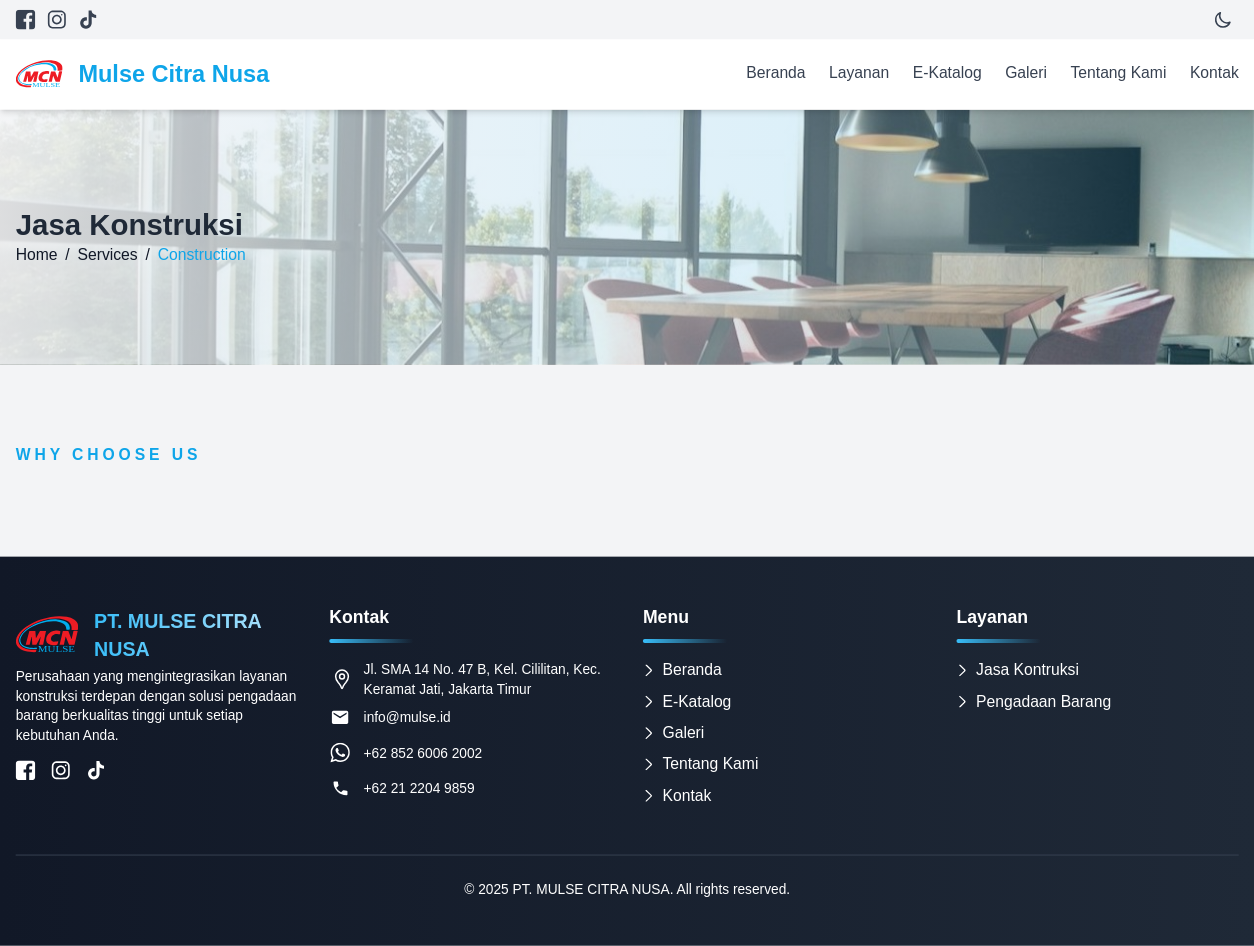
Repository: PrasBaldin/next-mulse
Page: /services/construction
The author's editor kept a copy of each file at every save. The page is drawn from the files as they stood at one save, then again after the next save.
The browser window is 1280 px wide. The pictures show the whole page, at 98% of full size.
The project was rebuilt for these pictures with package versions that can differ from the ones it lists, and the page was loaded fresh each time. The framework's server and built-in components were replaced by stand-ins that run in the browser. Also part of the build but not shown: next.config.ts.

Above is the page before, as saved 2025-02-26 13:16:46.

### app/layout.tsx
import type { Metadata } from "next";
import { Geist, Geist_Mono } from "next/font/google";
import "./globals.css";
import Navbar from "@/components/navbar";
import Footer from "@/components/footer";

const geistSans = Geist({
  variable: "--font-geist-sans",
  subsets: ["latin"],
});

const geistMono = Geist_Mono({
  variable: "--font-geist-mono",
  subsets: ["latin"],
});

export const metadata: Metadata = {
  title: "Mulse",
  description: "Selamat datang di PT. Mulse Citra Nusa, kami menyediakan barang dan jasa sesuai kebutuhan Anda.",
};

export default function RootLayout({
  children,
}: Readonly<{
  children: React.ReactNode;
}>) {
  return (
    <html lang="en">
      <body className={`${geistSans.variable} ${geistMono.variable} antialiased`} >
        <Navbar />
        {children}
        <Footer />
      </body>
    </html>
  );
}

### app/services/construction/page.tsx
import Link from "next/link";

const ConstructionPage = () => {
  return (
    <>
      <section className="mt-[72px] lg:mt-[112px]">
        <div className="banner">
          <div className="banner-mask"></div>
          <div className="container z-[1] relative">
            <div className="banner-content">
              <h4 className="text-3xl font-bold text-gray-800 dark:text-gray-100 transition duration-500 ease-in-out">
                Jasa Konstruksi
              </h4>
              <ul className="breadcrumbs">
                <li>
                  <Link
                    href="/"
                    className="text-gray-900 dark:text-gray-100 transition duration-500 ease-in-out"
                  >
                    Home
                  </Link>
                </li>
                <li className="text-gray-900 dark:text-gray-100 transition duration-500 ease-in-out">
                  /
                </li>
                <li>
                  <Link
                    href="/"
                    className="text-gray-900 dark:text-gray-100 transition duration-500 ease-in-out"
                  >
                    Services
                  </Link>
                </li>
                <li className="text-gray-900 dark:text-gray-100 transition duration-500 ease-in-out">
                  /
                </li>
                <li>
                  <Link href="/gallery" className="text-sky-500">
                    Construction
                  </Link>
                </li>
              </ul>
            </div>
          </div>
        </div>
      </section>
      <section className="py-20">
        <div className="container">
          <h4 className="mb-3 text-sky-500 font-semibold tracking-[.25em] uppercase">
            Why Choose Us
          </h4>
        </div>
      </section>
    </>
  );
};

export default ConstructionPage;

### app/globals.css
@tailwind base;
@tailwind components;
@tailwind utilities;

:root {
  --background: #ffffff;
  --foreground: #171717;
}

@media (prefers-color-scheme: dark) {
  :root {
    --background: #0a0a0a;
    --foreground: #ededed;
  }
}

body {
  font-family: Arial, Helvetica, sans-serif;
  @apply bg-gray-100 dark:bg-gray-700;
}

.container {
  @apply mx-auto px-4;
}

.btn {
  @apply px-4 py-3 rounded-lg transition duration-500 ease-in-out;
}

.btn-primary {
  @apply bg-sky-600 hover:bg-sky-700 dark:hover:bg-sky-700 text-gray-100 hover:text-gray-300;
}

.btn-secondary {
  @apply bg-gray-100 hover:bg-gray-300 dark:hover:bg-gray-300 text-gray-800;
}

.btn-primary-border {
  @apply bg-transparent hover:bg-sky-500 dark:hover:bg-sky-500 border-2 border-sky-500 text-sky-500 dark:text-sky-500 hover:text-white dark:hover:text-white;
}

.banner {
  background-image: url("/img/banner-2.jpg");
  background-size: cover;
  @apply py-[100px] relative;
}

.banner-mask {
  @apply absolute inset-0 bg-gradient-to-r from-gray-100/90 to-sky-500/20 dark:from-gray-800/90 dark:to-sky-500/20 transition duration-500 ease-in-out z-[0];
}

.breadcrumbs {
  @apply flex gap-2 font-medium;
}

### components/navbar.tsx
"use client";
import { useState } from "react";
import Link from "next/link";
import Image from "next/image";

import MulseSvg from "@/public/img/mulse.svg";
import "./navbar.css";

// import ToggleLanguage from "./toggleLanguage";
import ToggleDarkMode from "./toggleDarkMode";

const Navbar = () => {
  const [isOpen, setIsOpen] = useState(false);
  const [isDropdownOpen, setIsDropdownOpen] = useState(false);

  return (
    <>
      <div className="utility-bar">
        <div className="container">
          <div className="flex justify-between items-center">
            <div className="w-full flex">
              <a
                href="https://www.facebook.com/profile.php?id=61550927165561&ref=ig_profile_ac"
                target="_blank"
                rel="noopener noreferrer"
                aria-label="Facebook"
                className="social-media-link hover:text-sky-400 transition-colors duration-300"
              >
                <svg
                  className="w-5 h-5 rounded"
                  fill="currentColor"
                  viewBox="0 0 24 24"
                  stroke="none"
                >
                  <path d="M22.675 0h-21.35C.593 0 0 .593 0 1.325v21.351C0 23.407.593 24 1.325 24h11.494v-9.294H9.692v-3.622h3.127V8.413c0-3.1 1.894-4.788 4.659-4.788 1.325 0 2.463.099 2.794.143v3.24l-1.918.001c-1.504 0-1.794.715-1.794 1.763v2.314h3.587l-.467 3.622h-3.12V24h6.116C23.407 24 24 23.407 24 22.675V1.325C24 .593 23.407 0 22.675 0z" />
                </svg>
              </a>
              <a
                href="https://www.instagram.com/mulse.id/"
                target="_blank"
                rel="noopener noreferrer"
                aria-label="Instagram"
                className="social-media-link hover:text-sky-400 transition-colors duration-300"
              >
                <svg
                  className="w-5 h-5"
                  viewBox="0 0 24 24"
                  fill="none"
                  xmlns="http://www.w3.org/2000/svg"
                >
                  <path
                    fillRule="evenodd"
                    clipRule="evenodd"
                    d="M12 18C15.3137 18 18 15.3137 18 12C18 8.68629 15.3137 6 12 6C8.68629 6 6 8.68629 6 12C6 15.3137 8.68629 18 12 18ZM12 16C14.2091 16 16 14.2091 16 12C16 9.79086 14.2091 8 12 8C9.79086 8 8 9.79086 8 12C8 14.2091 9.79086 16 12 16Z"
                    fill="currentColor"
                  />
                  <path
                    d="M18 5C17.4477 5 17 5.44772 17 6C17 6.55228 17.4477 7 18 7C18.5523 7 19 6.55228 19 6C19 5.44772 18.5523 5 18 5Z"
                    fill="currentColor"
                  />
                  <path
                    fillRule="evenodd"
                    clipRule="evenodd"
                    d="M1.65396 4.27606C1 5.55953 1 7.23969 1 10.6V13.4C1 16.7603 1 18.4405 1.65396 19.7239C2.2292 20.8529 3.14708 21.7708 4.27606 22.346C5.55953 23 7.23969 23 10.6 23H13.4C16.7603 23 18.4405 23 19.7239 22.346C20.8529 21.7708 21.7708 20.8529 22.346 19.7239C23 18.4405 23 16.7603 23 13.4V10.6C23 7.23969 23 5.55953 22.346 4.27606C21.7708 3.14708 20.8529 2.2292 19.7239 1.65396C18.4405 1 16.7603 1 13.4 1H10.6C7.23969 1 5.55953 1 4.27606 1.65396C3.14708 2.2292 2.2292 3.14708 1.65396 4.27606ZM13.4 3H10.6C8.88684 3 7.72225 3.00156 6.82208 3.0751C5.94524 3.14674 5.49684 3.27659 5.18404 3.43597C4.43139 3.81947 3.81947 4.43139 3.43597 5.18404C3.27659 5.49684 3.14674 5.94524 3.0751 6.82208C3.00156 7.72225 3 8.88684 3 10.6V13.4C3 15.1132 3.00156 16.2777 3.0751 17.1779C3.14674 18.0548 3.27659 18.5032 3.43597 18.816C3.81947 19.5686 4.43139 20.1805 5.18404 20.564C5.49684 20.7234 5.94524 20.8533 6.82208 20.9249C7.72225 20.9984 8.88684 21 10.6 21H13.4C15.1132 21 16.2777 20.9984 17.1779 20.9249C18.0548 20.8533 18.5032 20.7234 18.816 20.564C19.5686 20.1805 20.1805 19.5686 20.564 18.816C20.7234 18.5032 20.8533 18.0548 20.9249 17.1779C20.9984 16.2777 21 15.1132 21 13.4V10.6C21 8.88684 20.9984 7.72225 20.9249 6.82208C20.8533 5.94524 20.7234 5.49684 20.564 5.18404C20.1805 4.43139 19.5686 3.81947 18.816 3.43597C18.5032 3.27659 18.0548 3.14674 17.1779 3.0751C16.2777 3.00156 15.1132 3 13.4 3Z"
                    fill="currentColor"
                  />
                </svg>
              </a>
              <a
                href="/"
                target="_blank"
                rel="noopener noreferrer"
                aria-label="Tiktok"
                className="social-media-link hover:text-sky-400 transition-colors duration-300"
              >
                <svg
                  className="w-5 h-5"
                  fill="currentColor"
                  viewBox="0 0 32 32"
                  version="1.1"
                  xmlns="http://www.w3.org/2000/svg"
                >
                  <path d="M16.656 1.029c1.637-0.025 3.262-0.012 4.886-0.025 0.054 2.031 0.878 3.859 2.189 5.213l-0.002-0.002c1.411 1.271 3.247 2.095 5.271 2.235l0.028 0.002v5.036c-1.912-0.048-3.71-0.489-5.331-1.247l0.082 0.034c-0.784-0.377-1.447-0.764-2.077-1.196l0.052 0.034c-0.012 3.649 0.012 7.298-0.025 10.934-0.103 1.853-0.719 3.543-1.707 4.954l0.020-0.031c-1.652 2.366-4.328 3.919-7.371 4.011l-0.014 0c-0.123 0.006-0.268 0.009-0.414 0.009-1.73 0-3.347-0.482-4.725-1.319l0.040 0.023c-2.508-1.509-4.238-4.091-4.558-7.094l-0.004-0.041c-0.025-0.625-0.037-1.25-0.012-1.862 0.49-4.779 4.494-8.476 9.361-8.476 0.547 0 1.083 0.047 1.604 0.136l-0.056-0.008c0.025 1.849-0.050 3.699-0.050 5.548-0.423-0.153-0.911-0.242-1.42-0.242-1.868 0-3.457 1.194-4.045 2.861l-0.009 0.030c-0.133 0.427-0.21 0.918-0.21 1.426 0 0.206 0.013 0.41 0.037 0.61l-0.002-0.024c0.332 2.046 2.086 3.59 4.201 3.59 0.061 0 0.121-0.001 0.181-0.004l-0.009 0c1.463-0.044 2.733-0.831 3.451-1.994l0.010-0.018c0.267-0.372 0.45-0.822 0.511-1.311l0.001-0.014c0.125-2.237 0.075-4.461 0.087-6.698 0.012-5.036-0.012-10.060 0.025-15.083z"></path>
                </svg>
              </a>
            </div>
            <div className="utility-content">
              {/* <ToggleLanguage /> */}
              <ToggleDarkMode />
            </div>
          </div>
        </div>
      </div>
      <nav className="navbar">
        <div className="container">
          <div className="flex justify-between items-center">
            <Link
              href="/"
              className="text-2xl font-bold text-sky-500 dark:text-gray-100 flex items-center transition duration-500 ease-in-out py-3"
            >
              <Image src={MulseSvg} alt="img" className="w-12 mr-4" />
              Mulse Citra Nusa
            </Link>

            <div className="hidden lg:flex space-x-6 items-center">
              <Link href="/" className="nav-link">
                Beranda
              </Link>

              <div
                className="relative group"
                onMouseEnter={() => setIsDropdownOpen(true)}
                onMouseLeave={() => setIsDropdownOpen(false)}
              >
                <Link href="/services">
                  <button className="nav-link flex items-center">
                    Layanan
                  </button>
                </Link>
                <div
                  className={`nav-dropdown min-w-[200px] ${
                    isDropdownOpen
                      ? "opacity-100 visible scale-100 translate-y-0"
                      : "opacity-0 invisible scale-95 translate-y-3"
                  }`}
                >
                  <Link
                    href="/services/procurement"
                    className="nav-link-dropdown"
                  >
                    Pengadaan Barang
                  </Link>
                  <Link
                    href="/services/construction"
                    className="nav-link-dropdown"
                  >
                    Jasa Konstruksi
                  </Link>
                </div>
              </div>
              <a
                href="https://katalog.inaproc.id/mulse-citra-nusa"
                target="_blank"
                className="nav-link"
              >
                E-Katalog
              </a>
              <Link href="/gallery" className="nav-link">
                Galeri
              </Link>
              <Link href="/about" className="nav-link">
                Tentang Kami
              </Link>
              <Link href="/contact" className="nav-link">
                Kontak
              </Link>
            </div>

            <button
              className="lg:hidden relative w-8 h-8"
              onClick={() => setIsOpen(!isOpen)}
            >
              <div
                className={`hamburger ${
                  isOpen
                    ? "rotate-45 top-1/2 transform -translate-y-1/2"
                    : "top-2"
                }`}
              ></div>
              <div
                className={`hamburger ${
                  isOpen ? "opacity-0" : "top-1/2 transform -translate-y-1/2"
                }`}
              ></div>
              <div
                className={`hamburger ${
                  isOpen
                    ? "-rotate-45 bottom-1/2 transform translate-y-1/2"
                    : "bottom-2"
                }`}
              ></div>
            </button>
          </div>
        </div>
      </nav>

      {/* Overlay Sidebar */}
      <div
        className={`lg:hidden fixed top-18 left-0 w-full h-full bg-black/50 backdrop-blur-sm transition-opacity duration-500 ease-in-out z-[9] ${
          isOpen ? "opacity-100 visible" : "opacity-0 invisible"
        }`}
        onClick={() => setIsOpen(false)}
      ></div>

      {/* Sidebar Menu */}
      <div
        className={`bg-white dark:bg-gray-800 lg:hidden fixed right-0 w-64 h-full shadow-lg transform transition-transform duration-500 ease-in-out z-10 ${
          isOpen ? "translate-x-0" : "translate-x-full"
        }`}
      >
        <div className="p-6 flex flex-col space-y-4 mt-[72px]">
          <Link
            href="/"
            className="nav-link-mobile"
            onClick={() => setIsOpen(false)}
          >
            Beranda
          </Link>

          <div>
            <button
              className="nav-link-mobile flex items-center w-full"
              onClick={() => setIsDropdownOpen(!isDropdownOpen)}
            >
              Layanan
              <span
                className={`dropdown-arrow ${
                  isDropdownOpen
                    ? "rotate-45 absolute right-9 mb-2"
                    : "-rotate-45 absolute right-9"
                }`}
              ></span>
            </button>
            <div
              className={`bg-white dark:bg-gray-800 ml-4 space-y-2 rounded-lg overflow-hidden transition-all duration-500 ease-in-out ${
                isDropdownOpen
                  ? "max-h-[500px] opacity-100 p-2 mt-2"
                  : "max-h-0 opacity-0 p-0 mt-0"
              }`}
            >
              <Link
                href="/services/procurement"
                className="nav-link-mobile block"
                onClick={() => setIsOpen(false)}
              >
                Pengadaan Barang
              </Link>
              <Link
                href="/services/construction"
                className="nav-link-mobile block"
                onClick={() => setIsOpen(false)}
              >
                Jasa Konstruksi
              </Link>
            </div>
          </div>
          <Link
            href="https://katalog.mulse.id"
            className="nav-link-mobile"
            onClick={() => setIsOpen(false)}
          >
            E-Katalog
          </Link>
          <Link
            href="/gallery"
            className="nav-link-mobile"
            onClick={() => setIsOpen(false)}
          >
            Galeri
          </Link>
          <Link
            href="/about"
            className="nav-link-mobile"
            onClick={() => setIsOpen(false)}
          >
            Tentang Kami
          </Link>
          <Link
            href="/contact"
            className="nav-link-mobile"
            onClick={() => setIsOpen(false)}
          >
            Kontak
          </Link>
          {/* <ToggleLanguage /> */}
          <ToggleDarkMode />
        </div>
      </div>
    </>
  );
};

export default Navbar;

### components/navbar.css
.utility-bar {
  @apply hidden lg:block absolute top-0 w-full py-1 bg-gray-100 dark:bg-gray-700 transition duration-500 ease-in-out z-10;
}

.utility-content {
  @apply w-auto flex gap-2;
}

.social-media-link {
  @apply mr-3 text-gray-700 dark:text-gray-100 hover:text-sky-500 dark:hover:text-sky-500 transition duration-300;
}

.navbar {
  @apply bg-white dark:bg-gray-800 transition duration-500 ease-in-out shadow-md top-0 lg:top-[40px] fixed lg:absolute w-full z-20;
}

.nav-link {
  @apply text-gray-700 hover:text-sky-500 dark:hover:text-sky-500 dark:text-gray-100 py-5 transition duration-500 ease-in-out border-b-2 border-transparent hover:border-sky-500 flex items-center;
}

.nav-dropdown {
  @apply bg-white dark:bg-gray-800 absolute top-[4rem] -left-2 w-auto pt-2 p-3 border-2 border-sky-300 dark:border-sky-800 border-t-sky-500 dark:border-t-sky-500 shadow-xl rounded-lg overflow-visible transition-all duration-300 transform;
}

.nav-link-dropdown {
  @apply text-gray-700 hover:text-sky-500 dark:hover:text-sky-500 dark:text-gray-100 pt-2 pb-1 transition duration-500 ease-in-out hover:bg-gray-100 dark:hover:bg-gray-700 rounded border-b border-gray-200 hover:border-sky-500 block mt-2 px-2;
}

.nav-link-mobile {
  @apply hover:bg-gray-100 dark:hover:bg-gray-700 text-gray-700 hover:text-sky-500 dark:hover:text-sky-500 dark:text-gray-100 py-2 pl-2 border-b border-gray-200 hover:border-sky-500 rounded transition;
}

.hamburger {
  @apply absolute w-6 h-[3px] bg-gray-800 dark:bg-gray-100 rounded transition duration-500 ease-in-out;
}

.dropdown-arrow {
  @apply border-b-2 border-r-2 border-gray-700 dark:border-gray-100 ml-2 w-3 h-3 transition duration-500 ease-in-out;
}

.nav-link-mobile:hover .dropdown-arrow {
  @apply border-sky-500;
}

### components/toggleDarkMode.tsx
"use client";
import { useState, useEffect } from "react";
import IconDarkMode from "../app/_assets/icon/iconDarkmode";
import IconLightMode from "../app/_assets/icon/iconLightmode";

import "./toggleDarkMode.css";

const ToggleDarkMode = () => {
  const [isDarkMode, setIsDarkMode] = useState(false);
  useEffect(() => {
    const storedTheme = localStorage.getItem("theme");
    setIsDarkMode(storedTheme === "dark");
  }, []);

  useEffect(() => {
    if (isDarkMode) {
      document.documentElement.classList.add("dark");
      localStorage.setItem("theme", "dark");
    } else {
      document.documentElement.classList.remove("dark");
      localStorage.setItem("theme", "light");
    }
  }, [isDarkMode]);

  return (
    <>
      {/* Mobile */}
      <button
        onClick={() => setIsDarkMode(!isDarkMode)}
        className="lg:hidden btn h-11 flex items-center"
        style={{ padding: ".5rem" }}
      >
        <div className="block">
          <div className="absolute flex items-center gap-2">
            <div
              className={`toggle-dark-mode-mobile gap-2 ${
                isDarkMode ? "opacity-100 rotate-0" : "opacity-0 rotate-90"
              }`}
            >
              <IconLightMode />
            </div>
            <span
              className={`text-gray-700 dark:text-gray-300 ${
                isDarkMode ? "opacity-100" : "opacity-0"
              }`}
            >
              Light Mode
            </span>
          </div>
          <div className="flex items-center gap-2">
            <div
              className={`toggle-dark-mode-mobile gap-2 ${
                isDarkMode ? "opacity-0 -rotate-90" : "opacity-100 rotate-0"
              }`}
            >
              <IconDarkMode />
            </div>
            <span
              className={`text-gray-700 dark:text-gray-300 ${
                isDarkMode ? "opacity-0" : "opacity-100"
              }`}
            >
              Night Mode
            </span>
          </div>
        </div>
      </button>

      {/* Desktop */}
      <button
        onClick={() => setIsDarkMode(!isDarkMode)}
        className="btn hidden lg:block btn w-8 h-8 relative overflow-hidden"
      >
        <div
          className={`toggle-dark-mode ${
            isDarkMode ? "opacity-100 rotate-0" : "opacity-0 rotate-90"
          }`}
        >
          <IconLightMode />
        </div>
        <div
          className={`toggle-dark-mode ${
            isDarkMode ? "opacity-0 -rotate-90" : "opacity-100 rotate-0"
          }`}
        >
          <IconDarkMode />
        </div>
      </button>
    </>
  );
};

export default ToggleDarkMode;

### components/footer.css
footer table tr a {
    @apply transition duration-300
}

footer table tr:hover a {
    @apply text-sky-400
}

### app/_assets/icon/iconDarkmode.tsx
import React from "react";

const IconDarkmode = () => {
    return (
        <svg xmlns="http://www.w3.org/2000/svg" className="h-5 w-5 text-gray-700 dark:text-gray-100" fill="none" viewBox="0 0 24 24" stroke="currentColor">
            <path strokeLinecap="round" strokeLinejoin="round" strokeWidth={2} d="M20.354 15.354A9 9 0 018.646 3.646 9.003 9.003 0 0012 21a9.003 9.003 0 008.354-5.646z" />
        </svg>
    )
}

export default IconDarkmode

### app/_assets/icon/iconLightmode.tsx
import React from "react";

const IconLightMode = () => {
    return (
        <svg xmlns="http://www.w3.org/2000/svg" className="h-5 w-5 text-gray-100" fill="none" viewBox="0 0 24 24" stroke="currentColor">
            <path strokeLinecap="round" strokeLinejoin="round" strokeWidth="2" d="M12 3v1m0 16v1m9-9h-1M4 12H3m15.364 6.364l-.707-.707M6.343 6.343l-.707-.707m12.728 0l-.707.707M6.343 17.657l-.707.707" />
            <circle cx="12" cy="12" r="3" stroke="currentColor" strokeWidth="2" fill="none" />
        </svg>
    )
}

export default IconLightMode

### components/toggleDarkMode.css
.toggle-dark-mode {
    @apply absolute top-0 bottom-0 left-0 right-0 flex items-center justify-center transition-all duration-500 transform
}

.toggle-dark-mode-mobile {
    @apply flex items-center justify-center transition-all duration-500 transform
}

### tailwind.config.ts
import type { Config } from "tailwindcss";

export default {
  darkMode: 'class',
  content: [
    "./pages/**/*.{js,ts,jsx,tsx,mdx}",
    "./components/**/*.{js,ts,jsx,tsx,mdx}",
    "./app/**/*.{js,ts,jsx,tsx,mdx}"
  ],
  theme: {
    extend: {
      width: {
        '11': '2.75rem',
      },
      height: {
        '11': '2.75rem',
      },
      colors: {
        background: "var(--background)",
        foreground: "var(--foreground)",
      },
    },
  },
  plugins: [],
} satisfies Config;

Loaded but not shown: components/footer.tsx (503 lines, source omitted)

After the next save:
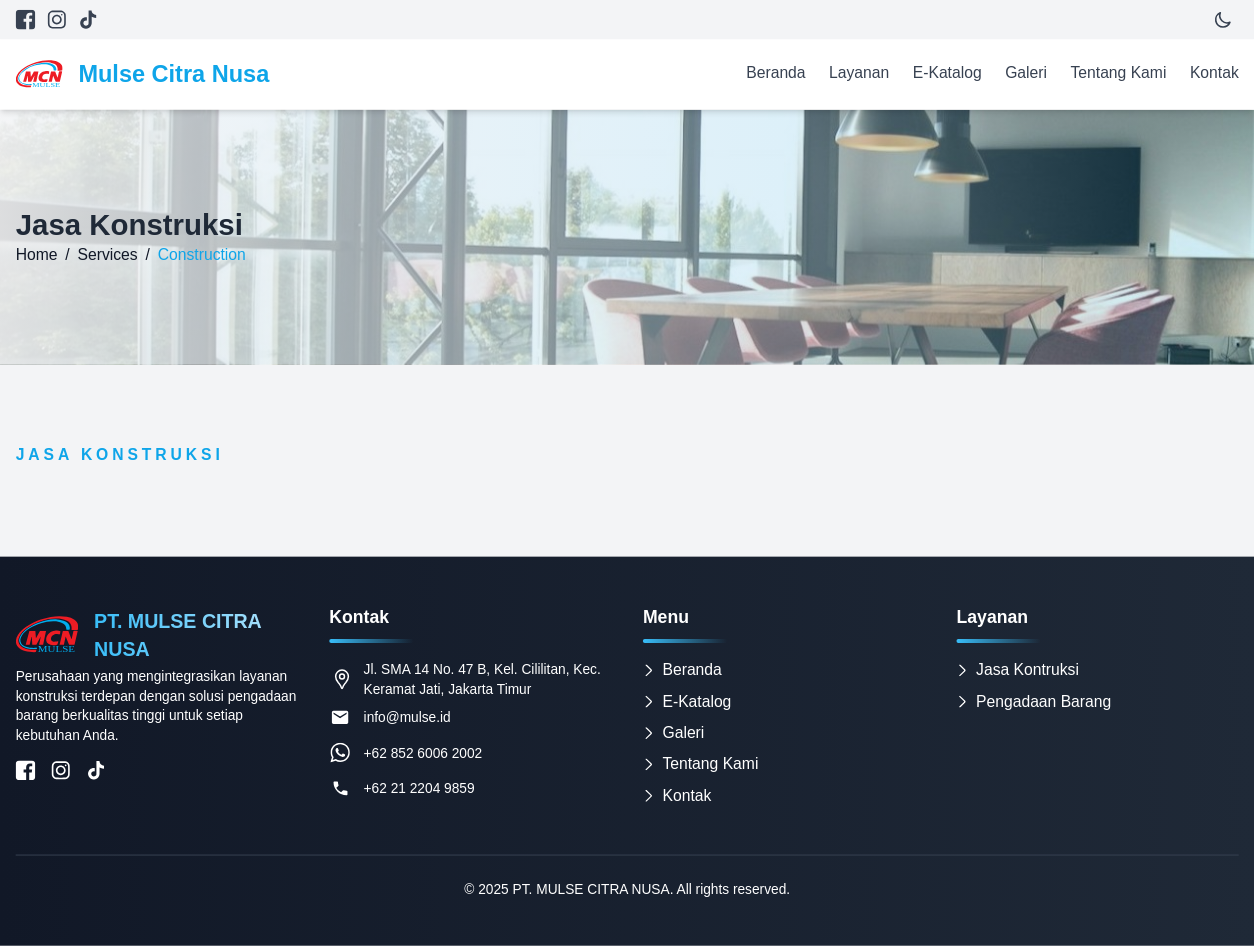
Saved 6 s later.
--- a/app/services/construction/page.tsx
+++ b/app/services/construction/page.tsx
@@ -47,7 +47,7 @@
       <section className="py-20">
         <div className="container">
           <h4 className="mb-3 text-sky-500 font-semibold tracking-[.25em] uppercase">
-            Why Choose Us
+            Jasa Konstruksi
           </h4>
         </div>
       </section>
